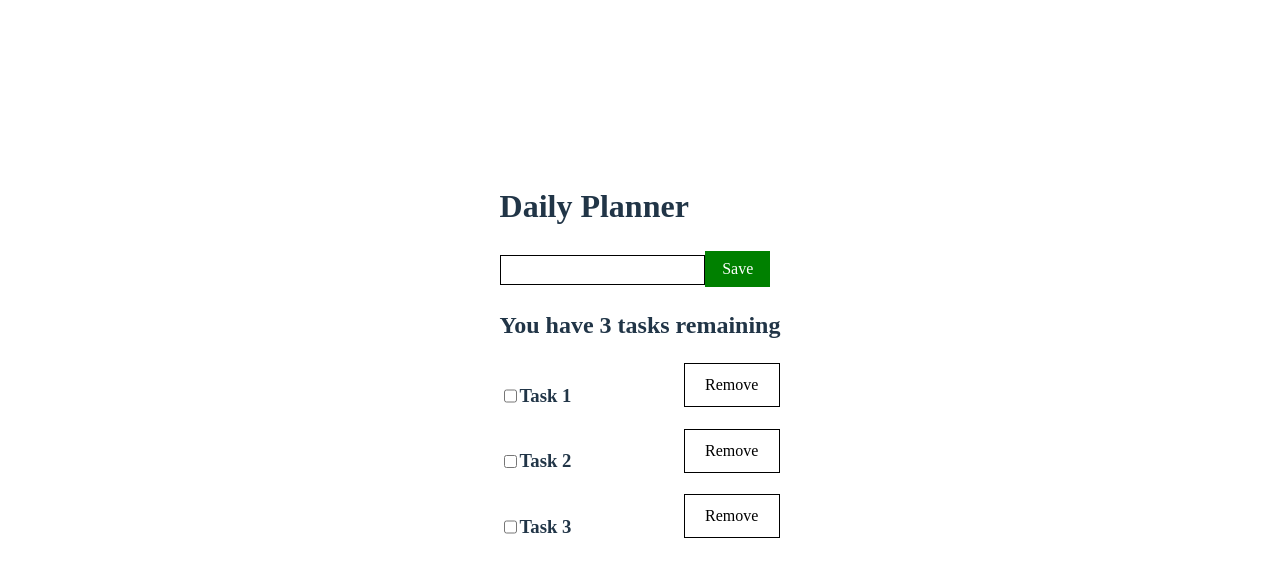
Repository: SamanthaYan298/my_planner
Page: /
The author's editor kept a copy of each file at every save. The page is drawn from the files as they stood at one save, then again after the next save.
The browser window is 1280 px wide. The pictures show the whole page.
The project was rebuilt for these pictures with package versions that can differ from the ones it lists, and the page was loaded fresh each time. Also part of the build but not shown: vite.config.js.

Above is the page before, as saved 2024-10-07 17:12:38.

### src/App.jsx
import { useState } from 'react'
import './App.css'

function App() {

  return (
    <>
      <div className='main'>
        <h1>Daily Planner</h1>
        <form>
          <input
            type="text"
            className='form-input'
          />
          <button className='form-btn'>Save</button>
        </form>
        <h2>You have 3 tasks remaining</h2>
        <div>
          <div className='task-list'>
            <input type="checkbox" />
            <h3>Task 1</h3>
            <button className='task-btn'>Remove</button>
          </div>

          <div className='task-list'>
            <input type="checkbox" />
            <h3>Task 2</h3>
            <button className='task-btn'>Remove</button>
          </div>

          <div className='task-list'>
            <input type="checkbox" />
            <h3>Task 3</h3>
            <button className='task-btn'>Remove</button>
          </div>
        </div>
      </div>
    </>
  )
}

export default App

### src/index.css
:root {
  font-family: Inter, system-ui, Avenir, Helvetica, Arial, sans-serif;
  line-height: 1.5;
  font-weight: 400;

  color-scheme: light dark;
  color: rgba(255, 255, 255, 0.87);
  background-color: #242424;

  font-synthesis: none;
  text-rendering: optimizeLegibility;
  -webkit-font-smoothing: antialiased;
  -moz-osx-font-smoothing: grayscale;
}

a {
  font-weight: 500;
  color: #646cff;
  text-decoration: inherit;
}
a:hover {
  color: #535bf2;
}

body {
  margin: 0;
  display: flex;
  place-items: center;
  min-width: 320px;
  min-height: 100vh;
}

/* h1 {
  font-size: 3.2em;
  line-height: 1.1;
} */

/* button {
  border-radius: 8px;
  border: 1px solid transparent;
  padding: 0.6em 1.2em;
  font-size: 1em;
  font-weight: 500;
  font-family: inherit;
  background-color: #1a1a1a;
  cursor: pointer;
  transition: border-color 0.25s;
}
button:hover {
  border-color: #646cff;
}
button:focus,
button:focus-visible {
  outline: 4px auto -webkit-focus-ring-color;
} */

@media (prefers-color-scheme: light) {
  :root {
    color: #213547;
    background-color: #ffffff;
  }
  a:hover {
    color: #747bff;
  }
  button {
    background-color: #f9f9f9;
  }
}

### src/App.css
#root {
  max-width: 1280px;
  margin: 0 auto;
  padding: 2rem;
  text-align: center;
  font-family: "Playfair Display", serif;
}

.main {
  text-align: left;
}

.task-list {
  display: flex;
  flex-direction: row;
}

.form-btn {
  background-color: green;
  border: 1px solid green;
  color: white;
  padding: 0.5em 1em;
  font-family: "Playfair Display", serif;
  font-size: 1em;
}

.task-btn {
  padding: 0.5em 1em;
  border: 1px solid;
  background-color: white;
  width: 6em;
  height: 2.75em;
  font-family: "Playfair Display", serif;
  font-size: 1em;
}

.form-input {
  padding: 0.5em 1em;
  border: 1px solid;
}

div h3 {
  padding-right: 6em;
}

Loaded but not shown: index.html (common file); src/main.jsx (common file)

After the next save:
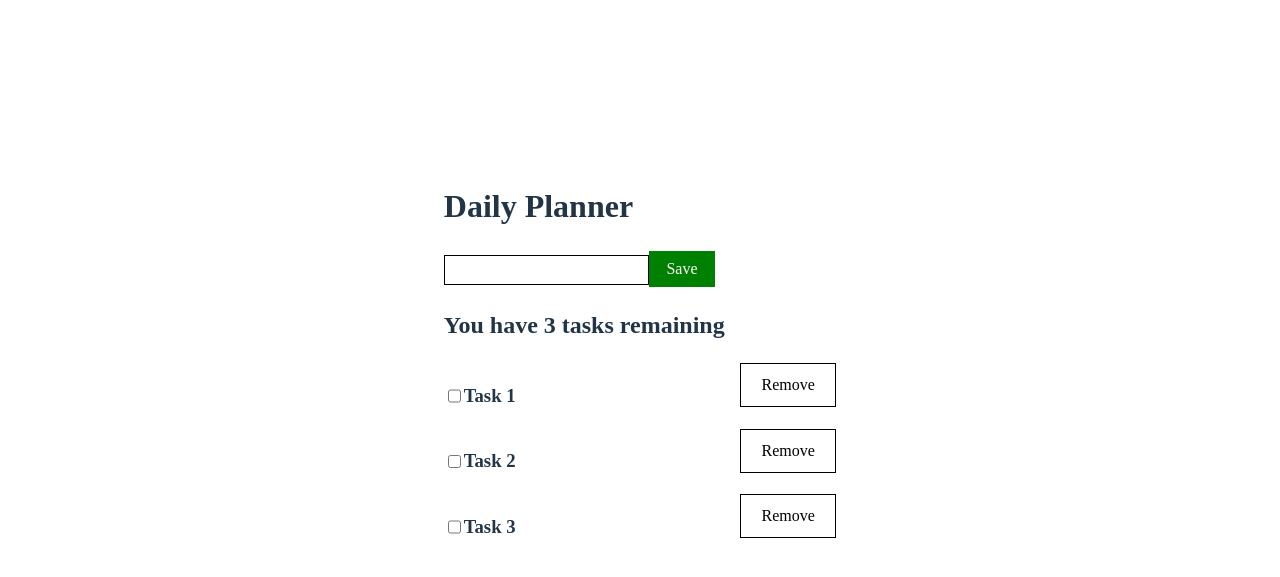
Saved 7 s later.
--- a/src/App.css
+++ b/src/App.css
@@ -40,5 +40,5 @@
 }
 
 div h3 {
-  padding-right: 6em;
+  padding-right: 12em;
 }
